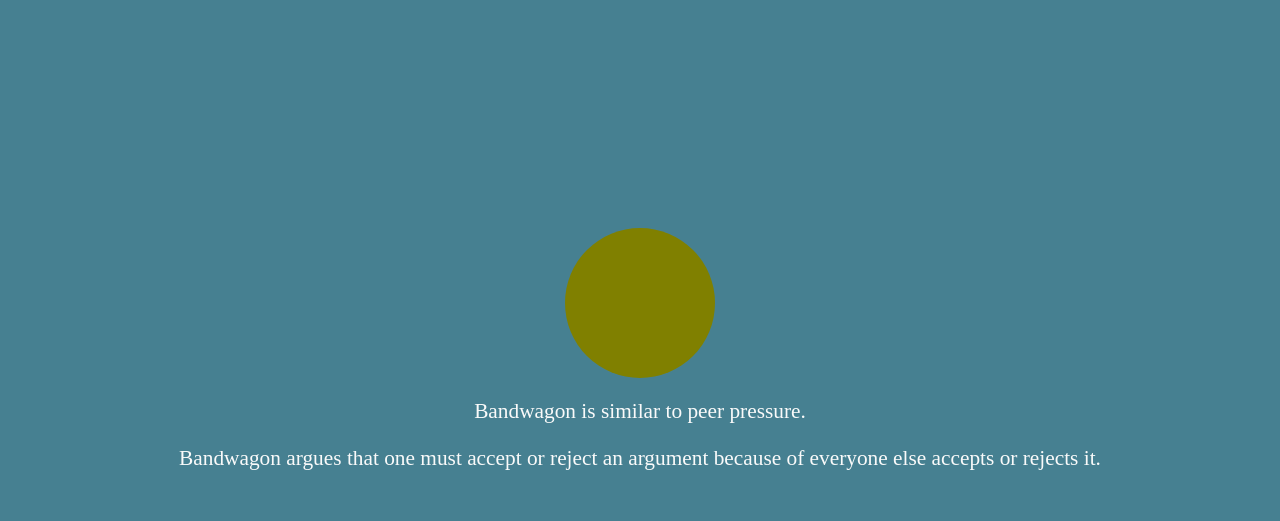
Repository: cindyvunguyen/fallacy
Page: index.html
The author's editor kept a copy of each file at every save. The page is drawn from the files as they stood at one save, then again after the next save.
The browser window is 1280 px wide. The pictures show the whole page.
Some web fonts or font styles are not loaded; a fallback is used.

Above is the page before, as saved 2020-03-13 19:53:10.

After the next save:
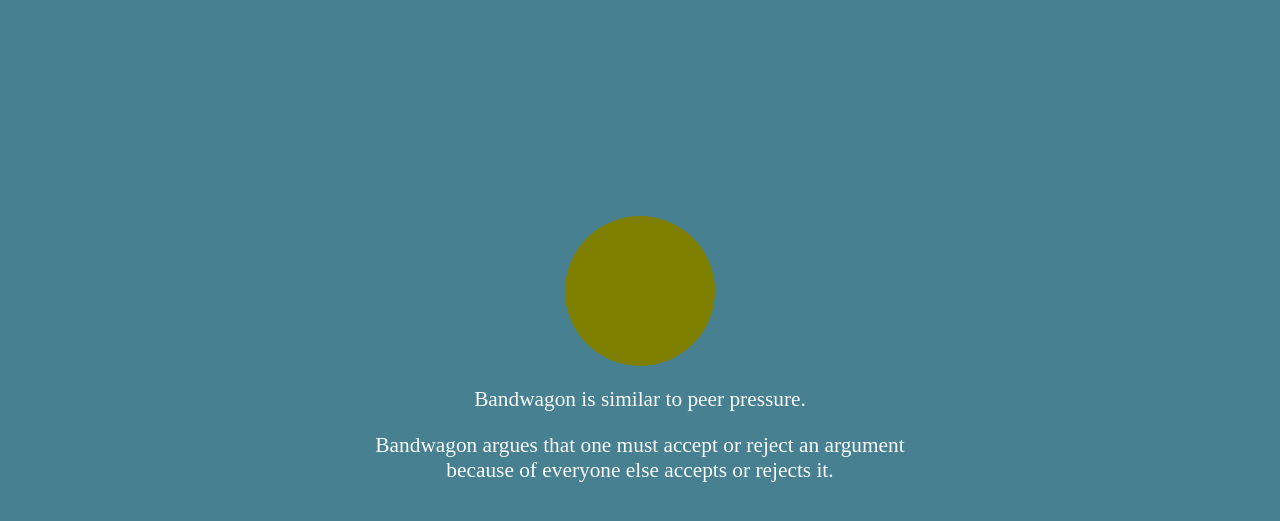
Saved 23 s later.
--- a/index.html
+++ b/index.html
@@ -62,7 +62,7 @@
             <div id="icon"></div>
             <div id="tfp-text">
                 <p>Bandwagon is similar to peer pressure.</p>
-                <p>Bandwagon argues that one must accept or reject an argument because of everyone else accepts or rejects it.</p>
+                <p>Bandwagon argues that one must accept or reject an argument<br>because of everyone else accepts or rejects it.</p>
             </div>
         </div>
         <!-- change the page's content with JS to show all three fallacies when clicked -->

After the save that followed:
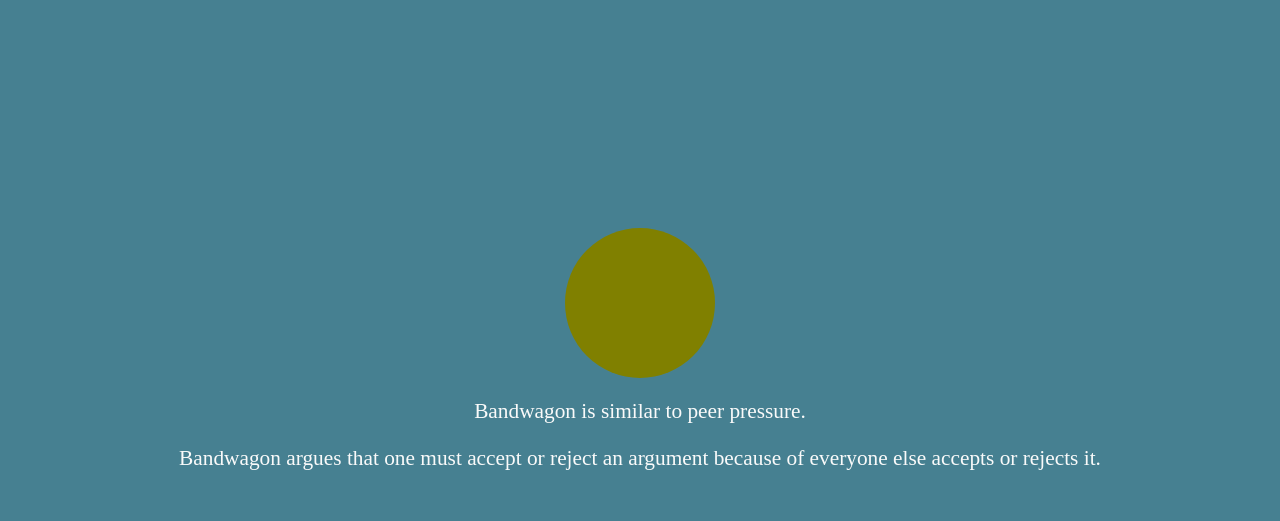
Saved 11 s later.
--- a/index.html
+++ b/index.html
@@ -62,7 +62,7 @@
             <div id="icon"></div>
             <div id="tfp-text">
                 <p>Bandwagon is similar to peer pressure.</p>
-                <p>Bandwagon argues that one must accept or reject an argument<br>because of everyone else accepts or rejects it.</p>
+                <p>Bandwagon argues that one must accept or reject an argument because of everyone else accepts or rejects it.</p>
             </div>
         </div>
         <!-- change the page's content with JS to show all three fallacies when clicked -->
